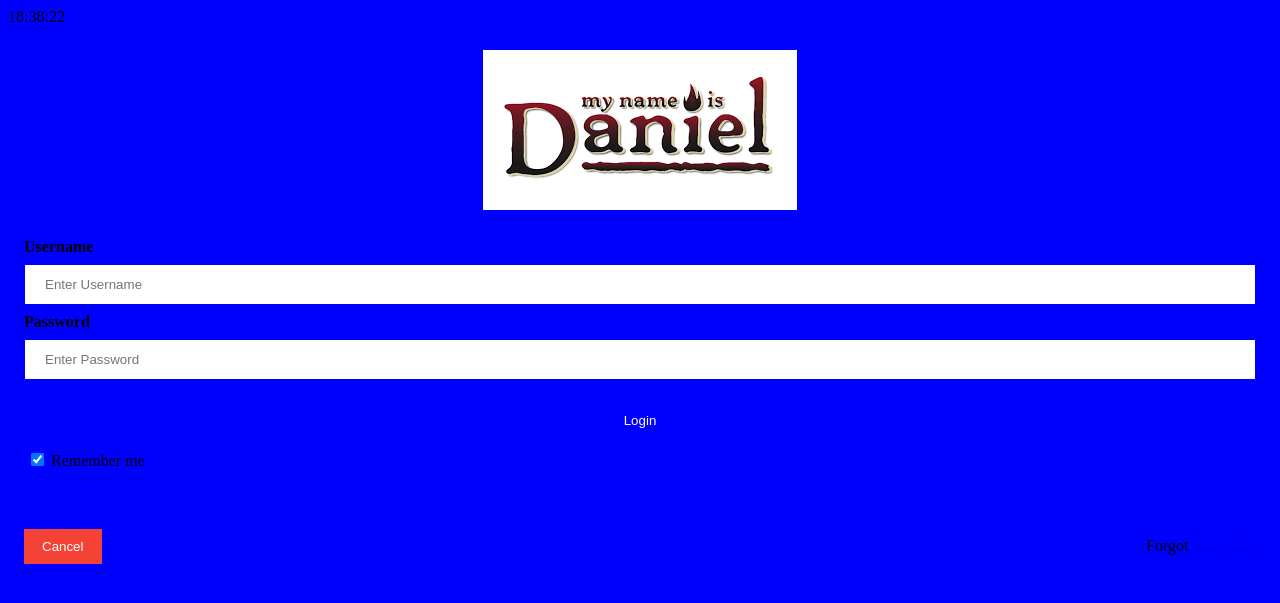
Repository: Danielrr07/Danielrr07.github.io
Page: My_Website/websiteproject.html
The author's editor kept a record of every edit. The page is drawn from the files as they stood at one moment, then again after the next edit.
The browser window is 1280 px wide. The pictures show the whole page.

Above is the page before.

### My_Website/websiteproject.html
<html>
    <head>
        <title> FACTS ABOUT ME</title>
        <link href="websiteproject.css" rel="stylesheet" type="text/css">
        <script>
        function startTime() {
        var today = new Date();
        var h = today.getHours();
        var m = today.getMinutes();
        var s = today.getSeconds();
        m = checkTime(m);
        s = checkTime(s);
        document.getElementById('txt').innerHTML =
        h + ":" + m + ":" + s;
        var t = setTimeout(startTime, 500);
        }
        function checkTime(i) {
        if (i < 10) {i = "0" + i};  // add zero in front of numbers < 10
        return i;
        }
        </script>
    </head>
    <body onload="startTime()">
      <div id="txt"></div>
    </body>
  <div class="imgcontainer">
    <img src="Danielwebsite1.png" alt="logo" class="logo">
  </div>

  <div class="container">
    <label for="uname"><b>Username</b></label>
    <input type="text" placeholder="Enter Username" name="uname" required>

    <label for="psw"><b>Password</b></label>
    <input type="password" placeholder="Enter Password" name="psw" required>


    <form action="websiteproject2.html" method="get">
      <button type="submit">Login</button>
      <label>
        <input type="checkbox" checked="checked" name="remember"> Remember me
      </label>
    </form>
  </div>

  <div class="container" style="background-color:#O5OED">
    <button type="button" class="cancelbtn">Cancel</button>
    <span class="psw">Forgot<a href='#'>password?</a></span>
  </div>
</form>
</html>

### My_Website/websiteproject.css
/* Bordered form */
form {
  border: 3px solid #0000FF;
}

body{
  background-color: Blue;
}
/* Full-width inputs */
input[type=text], input[type=password] {
  width: 100%;
  padding: 12px 20px;
  margin: 8px 0;
  display: inline-block;
  border: 1px solid #0000FF;
}

/* Set a style for all buttons */
button {
  background-color: #0000FF;
  color: white;
  padding: 14px 20px;
  margin: 8px 0;
  border: none;
  cursor: pointer;
  width: 100%;
}

/* Add a hover effect for buttons */
button:hover {
  opacity: 0.8;
}

/* Extra style for the cancel button (red) */
.cancelbtn {
  width: auto;
  padding: 10px 18px;
  background-color: #f44336;
}

/* Center the avatar image inside this container */
.imgcontainer {
  text-align: center;
  margin: 24px 0 12px 0;
}

/* Avatar image */
img.avatar {
  width: 40%;
  border-radius: 50%;
}

/* Add padding to containers */
.container {
  padding: 16px;
}

/* The "Forgot password" text */
span.psw {
  float: right;
  padding-top: 16px;
}

/* Change styles for span and cancel button on extra small screens */
@media screen and (max-width: 300px) {
  span.psw {
    display: block;
    float: none;
  }
  .cancelbtn {
    width: 100%;
  }
}

After the next edit:
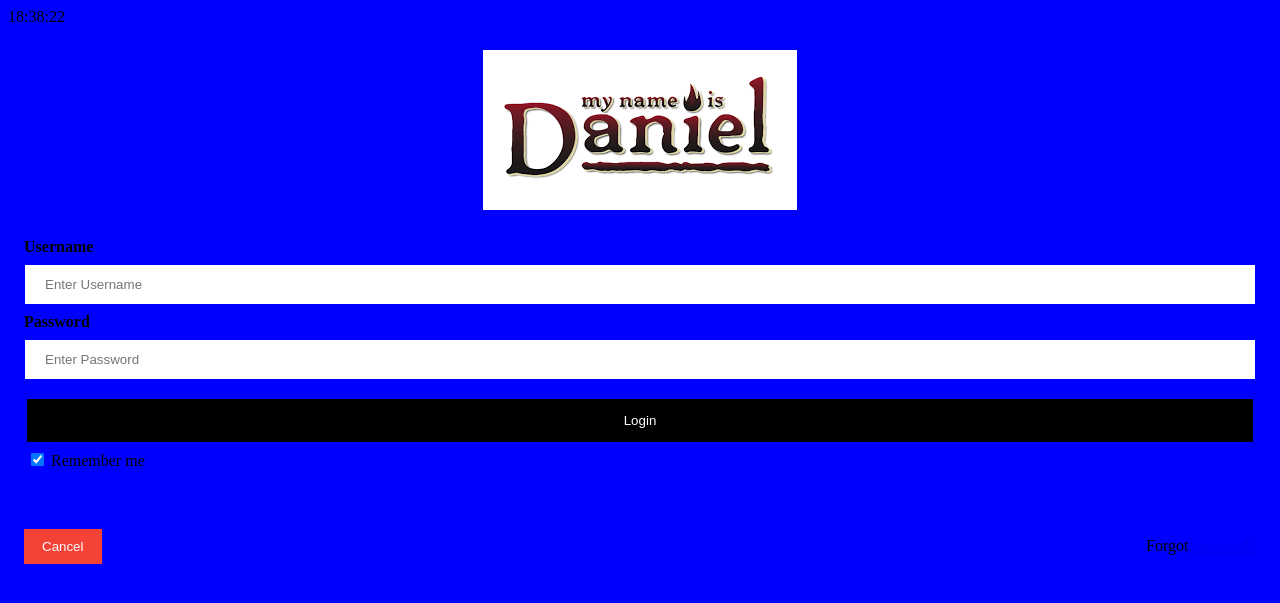
The edit:
--- a/My_Website/websiteproject.css
+++ b/My_Website/websiteproject.css
@@ -17,7 +17,7 @@
 
 /* Set a style for all buttons */
 button {
-  background-color: #0000FF;
+  background-color: Black;
   color: white;
   padding: 14px 20px;
   margin: 8px 0;
